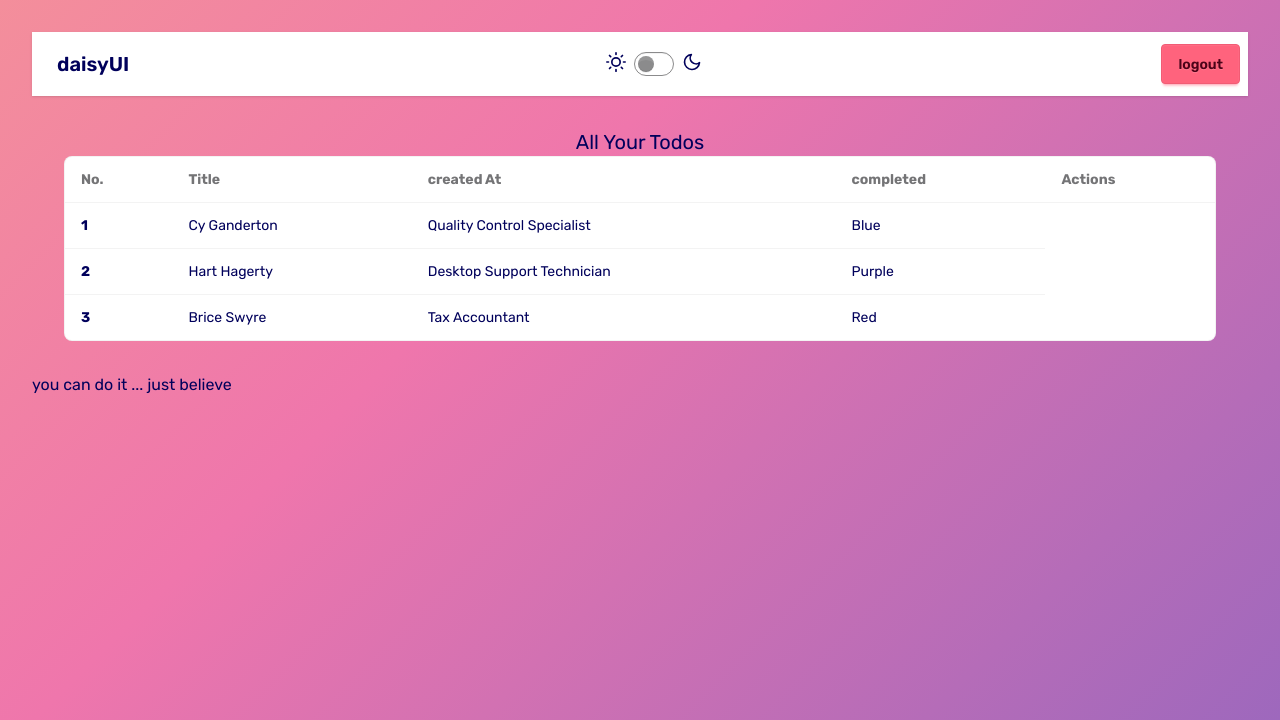
Repository: mariamnabil23/ToDo_App
Page: /
The author's editor kept a copy of each file at every save. The page is drawn from the files as they stood at one save, then again after the next save.
The browser window is 1280 px wide. The pictures show the whole page.
Some web fonts or font styles are not loaded; a fallback is used. The project was rebuilt for these pictures with package versions that can differ from the ones it lists, and the page was loaded fresh each time. Requests to the local data server were answered from the project's data file. Also part of the build but not shown: vite.config.js, src/pages/Profile.jsx, src/pages/NotFound.jsx.

Above is the page before, as saved 2025-05-01 23:36:12.

### index.html
<!doctype html>
<html lang="en">
  <head>
    <meta charset="UTF-8" />
    <link rel="icon" type="image/svg+xml" href="/vite.svg" />
    <meta name="viewport" content="width=device-width, initial-scale=1.0" />

    <link rel="preconnect" href="https://fonts.googleapis.com">
<link rel="preconnect" href="https://fonts.gstatic.com" crossorigin>
<link href="https://fonts.googleapis.com/css2?family=Cairo:wght@200..1000&family=Indie+Flower&family=Poetsen+One&family=Rubik:ital,wght@0,300..900;1,300..900&family=Tagesschrift&family=Tajawal:wght@200;300;400;500;700;800;900&display=swap" rel="stylesheet">

    <title>ToDo App</title>
  </head>
  <body>
    <div id="root"></div>
    <script type="module" src="/src/main.jsx"></script>
  </body>
</html>

### src/main.jsx
import { StrictMode } from 'react'
import { createRoot } from 'react-dom/client'
import "./index.css"
import App from './App.jsx'
import { AuthContextProvider } from './context/AuthContext.jsx'
import { TodoContextProvider } from './context/TodoContext.jsx'
import { ThemeContextProvider } from './context/ThemeContext.jsx'

createRoot(document.getElementById('root')).render(
  <StrictMode>
    <AuthContextProvider>
      <TodoContextProvider>
        <ThemeContextProvider>
          <App />
        </ThemeContextProvider>
      </TodoContextProvider>
    </AuthContextProvider>
  </StrictMode>,
)

### src/index.css
@import "tailwindcss";
@plugin "daisyui";

body{
    min-height: 100vh;
    font-family: "Rubik", sans-serif;
    font-optical-sizing: auto;
    font-style: normal;
}


.app{
    min-height: 100vh;

    display: flex;
  flex-direction: column;
}

.lightMood {
  background: linear-gradient(-45deg, #4158D0, #ef76ac, #FFCC70, #00DBDE);
  background-size: 400% 400%;
  animation: gradientMove 10s ease infinite;
}

@keyframes gradientMove {
  0% {
    background-position: 0% 50%;
  }
  50% {
    background-position: 100% 50%;
  }
  100% {
    background-position: 0% 50%;
  }
}

.darkMood{
    background-color: rgb(1, 1, 62);
    color: bisque;

}

table, .navbar, .modal{
    color:  rgb(0, 0, 91);
}

### src/App.jsx
import { useContext } from "react"
import { ThemeContext } from "./context/ThemeContext"
import "./App.css"
import { BrowserRouter, Routes, Route } from 'react-router-dom';

import Layout from "./layout/Layout";
import Home from "./pages/Home"
import Profile from "./pages/Profile"
import NotFound from "./pages/NotFound"


function App() {

  const {dark} = useContext(ThemeContext);

  return (
    <>
      <div className={dark ? "app  darkMood" : "app  lightMood"}  >

      <BrowserRouter>
        <Routes>
          <Route path="/"  element={ <Layout/> } >

          <Route index={true}  element={ <Home/> } />
          <Route path="profile"  element={ <Profile/> } />
          <Route path="*" element={<NotFound />} />

          </Route>

        </Routes>
      </BrowserRouter>

      </div>
    </>
  )
}

export default App

### src/context/AuthContext.jsx
import axios from "axios";
import { createContext, useEffect, useState } from "react";
import emailjs from 'emailjs-com';
import toast from "react-hot-toast";


// 1- create context
export const AuthContext = createContext();

// 2- create provider function that contain all data we will send (value)
export const AuthContextProvider = ({ children }) => {
    const [allUsers, setAllUsers] = useState([]);
    const [currentUser, setCurrentUser] = useState(() => {
        const savedUser = sessionStorage.getItem("currentUser");
        return savedUser ? JSON.parse(savedUser) : null;
    });

    const urlAPI = "http://localhost:3000/users";
    // fetch all users from API
    const fetchUsers = () => {
        axios
            .get(urlAPI)
            .then((res) => setAllUsers(res.data))
            .catch((err) => console.log("Error fetching users ❌", err));
    };

    useEffect(() => {
        fetchUsers();

    }, []);

    // login
    const handleLogin = (userInfo) => {
        setCurrentUser(userInfo);
    };


    // register
    const handleRegister = (newUser) => {
        axios.post(urlAPI, newUser)
        .then((data)=>console.log(data.data))
        .catch((error)=(confirm.log("Failed to add new users in the app ❌")))
    };

    // logout
    const handleLogout = () => {
        setCurrentUser(null);
        sessionStorage.removeItem("currentUser");
    };




        const sendCompletedTodos = (userEmail, username, completedTodos) => {
      const completedList = completedTodos.map(todo => `• ${todo.title}`).join('\n');

      const templateParams = {
        to_email: userEmail,
        username: username,
        completedTodos: completedList
      };

      emailjs.send('service_qwtjd51', 'template_w157uec', templateParams, '08YRxWyjDgOt_r7sV')
        .then((res) => {
          toast.success('Email sent successfully! 📧');
          console.log(templateParams)
        })
        .catch((err) => {
          toast.error('Failed to send email ❌');
          console.error(err);
        });
    };






    // 3- wrapper everything to the context provider
    return (
        <AuthContext.Provider value={ { allUsers, currentUser, handleLogin, handleRegister, handleLogout, sendCompletedTodos } }>

            {children}

        </AuthContext.Provider>
    );
};

### src/context/TodoContext.jsx
import axios from "axios";
import { createContext, useEffect, useState } from "react";

export const TodoContext =  createContext();



export const TodoContextProvider =( {children} )=>{

    const [todos, setTodos] = useState([]);

    // fetch todos data
    useEffect(()=>{
        axios.get("http://localhost:3000/todos")
        .then((res)=>{
            console.log(res.data);
            setTodos(res.data);
        })
        .catch((error)=>(console.log("Error from Fetching Todos! ❌", error)))
    },[])


    // add todo
    const addTodo =(newTodo)=>{

    }

    // delete todo
    const deleteTodo =(id)=>{
        setTodos(  todos.filter( (todo) => (todo.id !== id) )  )
    }

    // edit todo state
    const editTodoState =()=>{

    }

    // clear all todos
    const clearAllTodos =()=>{
        setTodos( null )
    }


    return <TodoContext.Provider  value={{todos}} >
        {children}
    </TodoContext.Provider>
}

### src/context/ThemeContext.jsx
import { createContext, useState } from "react";

export const ThemeContext =  createContext();

export const ThemeContextProvider =( {children} )=>{

    const [dark, setDark] = useState(() => {
        const saved = sessionStorage.getItem("darkTheme");
        return saved === "true";         // output ===> false
    });

    const switchTheme = () => {
    setDark((prev) => {
        const newValue = !prev;         // newValue = true ===> dark
        sessionStorage.setItem("darkTheme", newValue);
        return newValue;
    });
    };

    return <ThemeContext.Provider  value={{dark, switchTheme}} >
        {children}
    </ThemeContext.Provider>
}

### src/App.css
.app {
    min-height: 100vh;
    padding: 2rem;
    transition: all 0.3s ease;
}

.lightMood{
    background-color: bisque;
    color: rgb(0, 0, 91);
}
.darkMood{
    background-color: rgb(0, 0, 91);
    color: bisque;
}

### src/layout/Layout.jsx
import React from 'react'
import Navbar from "../components/Navbar"
import Footer from "../components/Footer"

import { Outlet } from 'react-router-dom';


const Layout = () => {
    return (
        <div>
            <Navbar/>

            <main style={{ padding: '2rem' }}>
                <Outlet />
            </main>

            <Footer/>
        </div>
    )
}

export default Layout

### src/pages/Home.jsx
import React from 'react'

const Home = () => {
  return (
    <>
    <h1 className='text-center text-xl' >All Your Todos</h1>
    <div className="overflow-x-auto rounded-box border border-base-content/5 bg-base-100">
  <table className="table">
    {/* head */}
    <thead>
      <tr>
        <th>No.</th>
        <th>Title</th>
        <th>created At</th>
        <th>completed</th>
        <th>Actions</th>
      </tr>
    </thead>
    <tbody>
      {/* row 1 */}
      <tr>
        <th>1</th>
        <td>Cy Ganderton</td>
        <td>Quality Control Specialist</td>
        <td>Blue</td>
      </tr>
      {/* row 2 */}
      <tr>
        <th>2</th>
        <td>Hart Hagerty</td>
        <td>Desktop Support Technician</td>
        <td>Purple</td>
      </tr>
      {/* row 3 */}
      <tr>
        <th>3</th>
        <td>Brice Swyre</td>
        <td>Tax Accountant</td>
        <td>Red</td>
      </tr>
    </tbody>
  </table>
</div>
    </>
  )
}

export default Home

### src/components/Navbar.jsx
import React from 'react'
import Theme from './Theme'

const Navbar = () => {
  return (
    <>
      <div className="navbar bg-base-100 shadow-sm flex justify-between items-center">
        <a className="btn btn-ghost text-xl">daisyUI</a>

<Theme/>

        <button className='btn btn-error'>logout</button>
      </div>
    </>
  )
}

export default Navbar

### src/components/Footer.jsx
import React from 'react'

const Footer = () => {
    return (
        <div>
            <h1>you can do it ... just believe</h1>
        </div>
    )
}

export default Footer

### src/components/Theme.jsx
import React, { useContext } from 'react'
import { ThemeContext } from '../context/ThemeContext'


const Theme = () => {

    const {dark, switchTheme} = useContext(ThemeContext);


    return (
        <>
        <label className="flex cursor-pointer gap-2">
        <svg
            xmlns="http://www.w3.org/2000/svg"
            width="20"
            height="20"
            viewBox="0 0 24 24"
            fill="none"
            stroke="currentColor"
            strokeWidth="2"
            strokeLinecap="round"
            strokeLinejoin="round">
            <circle cx="12" cy="12" r="5" />
            <path
            d="M12 1v2M12 21v2M4.2 4.2l1.4 1.4M18.4 18.4l1.4 1.4M1 12h2M21 12h2M4.2 19.8l1.4-1.4M18.4 5.6l1.4-1.4" />
        </svg>
        <input type="checkbox" value="synthwave" className="toggle theme-controller"  checked={dark}  onChange={switchTheme} />
        <svg
            xmlns="http://www.w3.org/2000/svg"
            width="20"
            height="20"
            viewBox="0 0 24 24"
            fill="none"
            stroke="currentColor"
            strokeWidth="2"
            strokeLinecap="round"
            strokeLinejoin="round">
            <path d="M21 12.79A9 9 0 1 1 11.21 3 7 7 0 0 0 21 12.79z"></path>
        </svg>
    </label>
        </>
    )
}

export default Theme

### db.json
{
"todos": [
    {
        "id": 1,
        "title": "task 1",
        "completed": false,
        "userId": 1,
        "createdAt": "2025-04-30T10:15:00Z"
    },
    {
        "id": 2,
        "title": "task2",
        "completed": true,
        "userId": 1,
        "createdAt": "2025-04-30T10:15:00Z"
    },
    {
        "id": 3,
        "title": "task3",
        "completed": true,
        "userId": 2,
        "createdAt": "2025-04-30T10:15:00Z"
    },
    {
        "id": 4,
        "title": "task4",
        "completed": false,
        "userId": 2,
        "createdAt": "2025-04-30T10:15:00Z"
    }
],


"users": [
    {
        "id": 1,
        "username": "mona",
        "password": "1234",
        "image": "data:[embedded picture, 5635 characters]"
    },
    {
        "id": 2,
        "username": "ahmed",
        "password": "abcd",
        "image": "data:[embedded picture, 5751 characters]"
    }
]

}

After the next save:
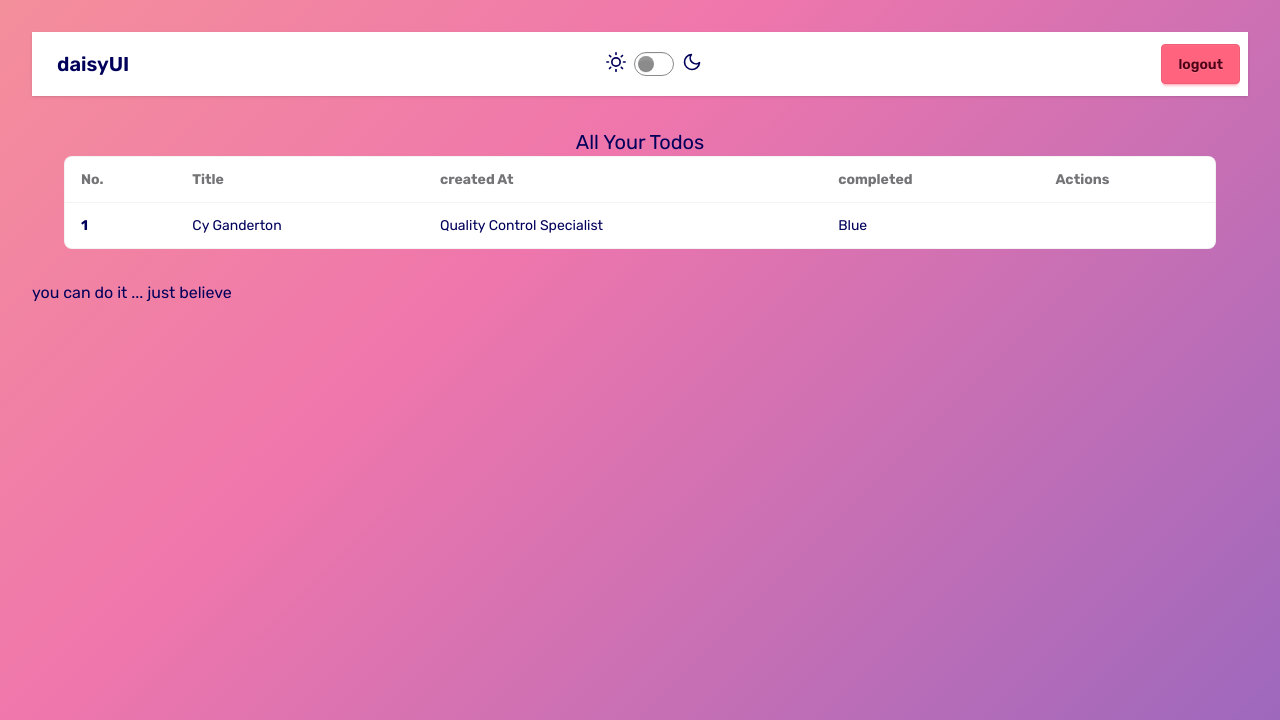
Saved 12 s later.
--- a/src/pages/Home.jsx
+++ b/src/pages/Home.jsx
@@ -24,20 +24,6 @@ const Home = () => {
         <td>Quality Control Specialist</td>
         <td>Blue</td>
       </tr>
-      {/* row 2 */}
-      <tr>
-        <th>2</th>
-        <td>Hart Hagerty</td>
-        <td>Desktop Support Technician</td>
-        <td>Purple</td>
-      </tr>
-      {/* row 3 */}
-      <tr>
-        <th>3</th>
-        <td>Brice Swyre</td>
-        <td>Tax Accountant</td>
-        <td>Red</td>
-      </tr>
     </tbody>
   </table>
 </div>
